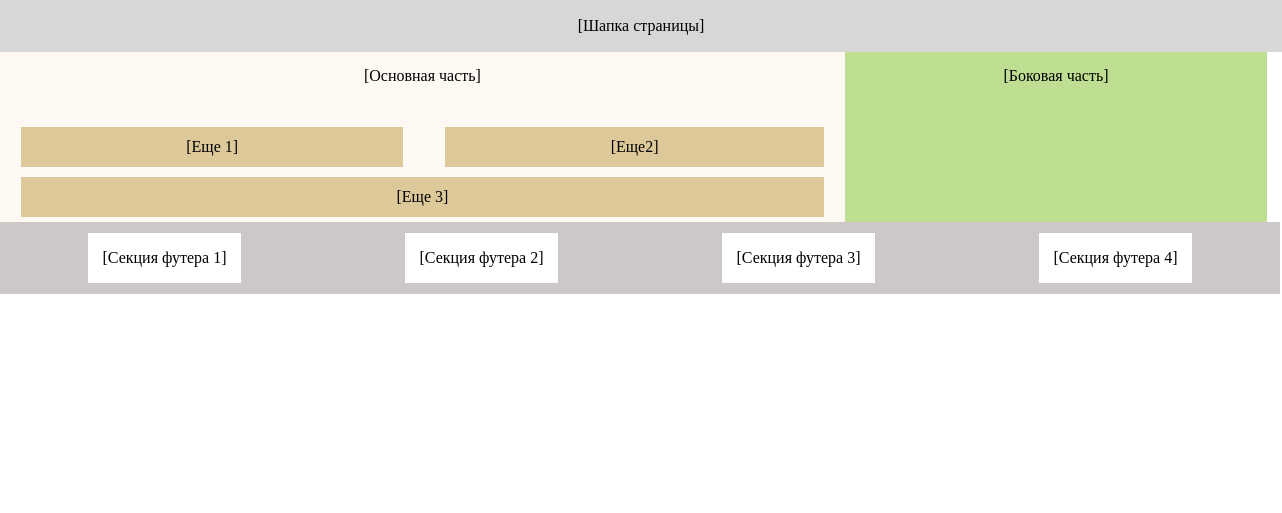
Repository: VictoriSyh/week7
Page: index.html
The author's editor kept a copy of each file at every save. The page is drawn from the files as they stood at one save, then again after the next save.
The browser window is 1280 px wide. The page is 1282 px wide, so the pictures cover 1282 px, including what lies to the right of the window. The pictures show the whole page.

Above is the page before, as saved 2025-01-02 18:02:17.

After the next save:
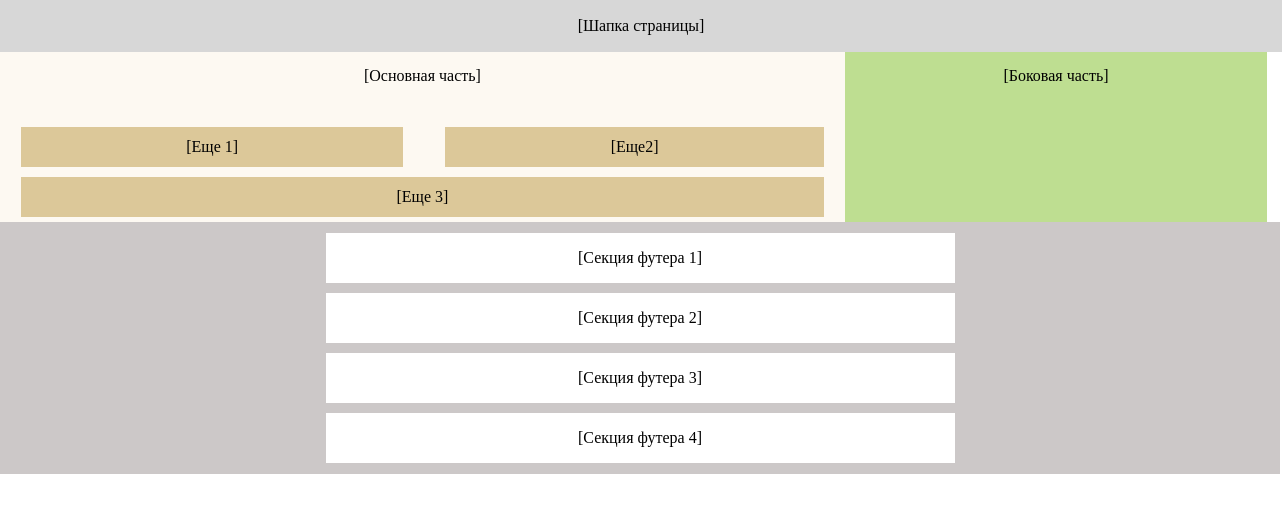
Saved 41 s later.
--- a/styles/style.css
+++ b/styles/style.css
@@ -78,7 +78,7 @@
 
 footer{
     display: grid;
-    grid-template-columns: repeat(auto-fit, minmax(200px, 1fr));
+    grid-template-columns: 1;
     gap: 10px;
     padding: 10px;
     justify-items: center;

After the save that followed:
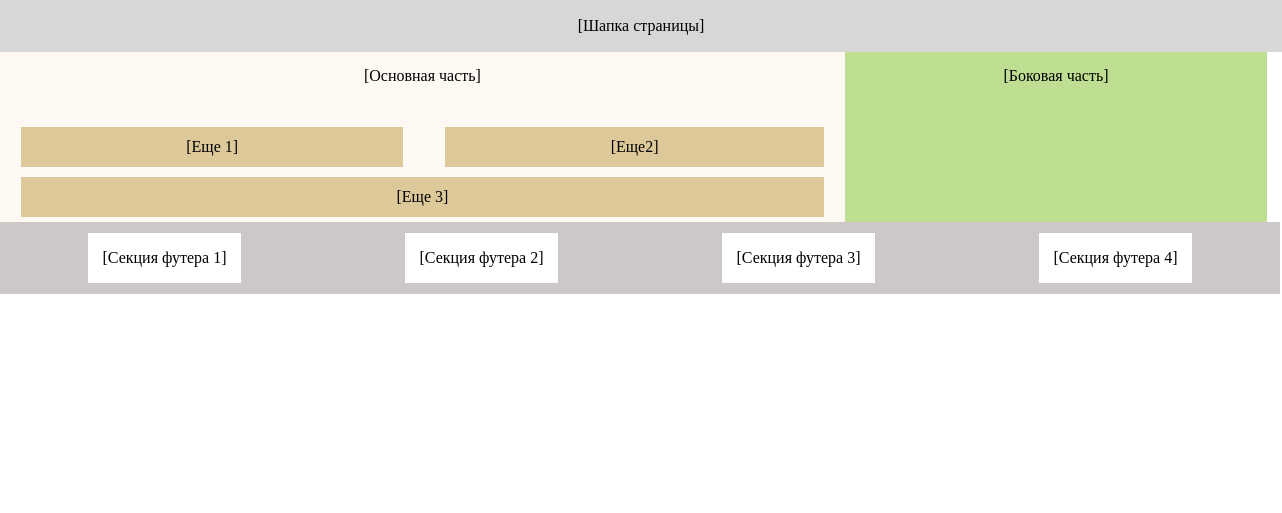
Saved 4 s later.
--- a/styles/style.css
+++ b/styles/style.css
@@ -78,7 +78,7 @@
 
 footer{
     display: grid;
-    grid-template-columns: 1;
+    grid-template-columns: 1fr 1fr 1fr 1fr;
     gap: 10px;
     padding: 10px;
     justify-items: center;
